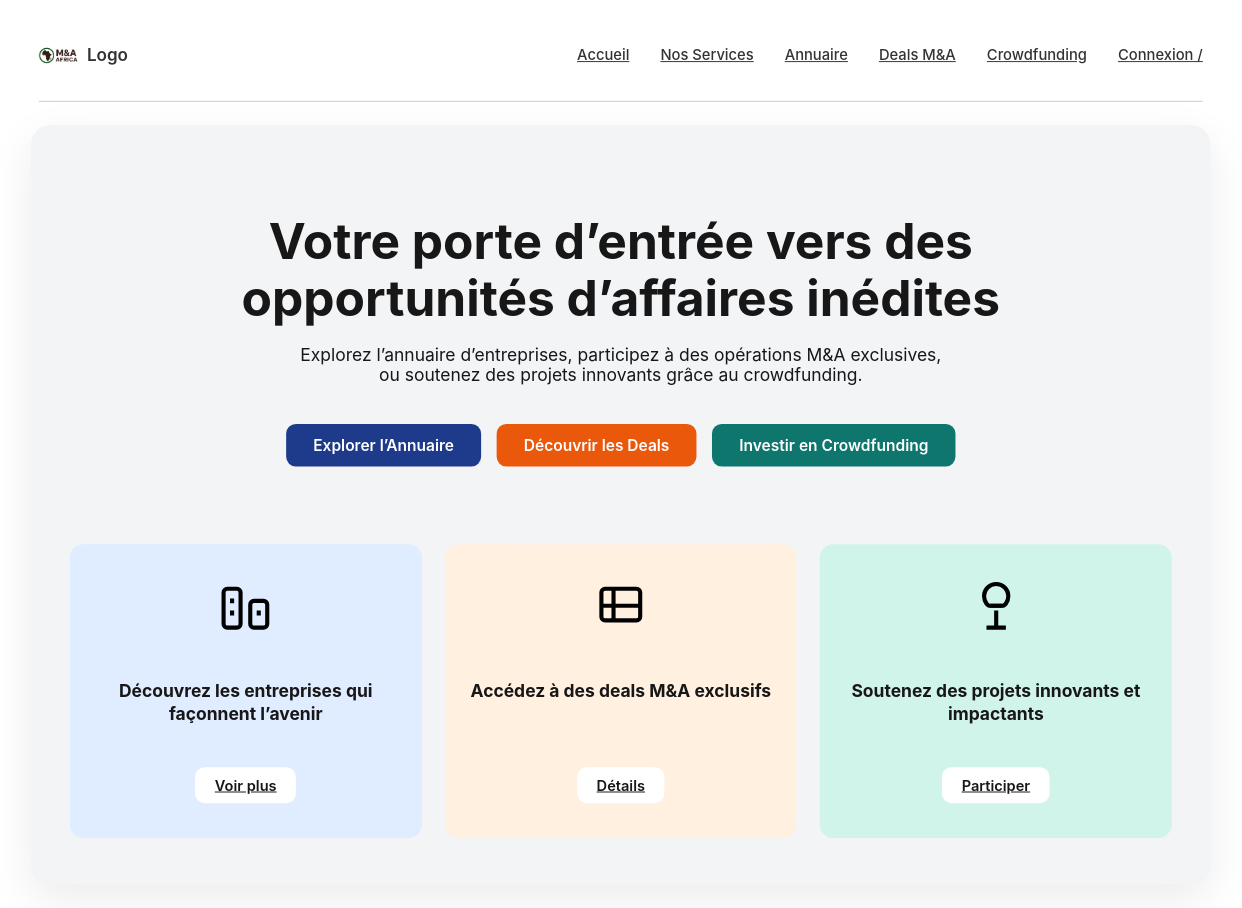
Repository: MFredy25/africa-fusion
Page: /hub
The author's editor kept a copy of each file at every save. The page is drawn from the files as they stood at one save, then again after the next save.
The browser window is 1280 px wide. The pictures show the whole page, at 97% of full size.
The project was rebuilt for these pictures with package versions that can differ from the ones it lists, and the page was loaded fresh each time. The framework's server and built-in components were replaced by stand-ins that run in the browser. Also part of the build but not shown: next.config.js, next.config.ts.

Above is the page before, as saved 2025-06-08 16:38:58.

After the next save:
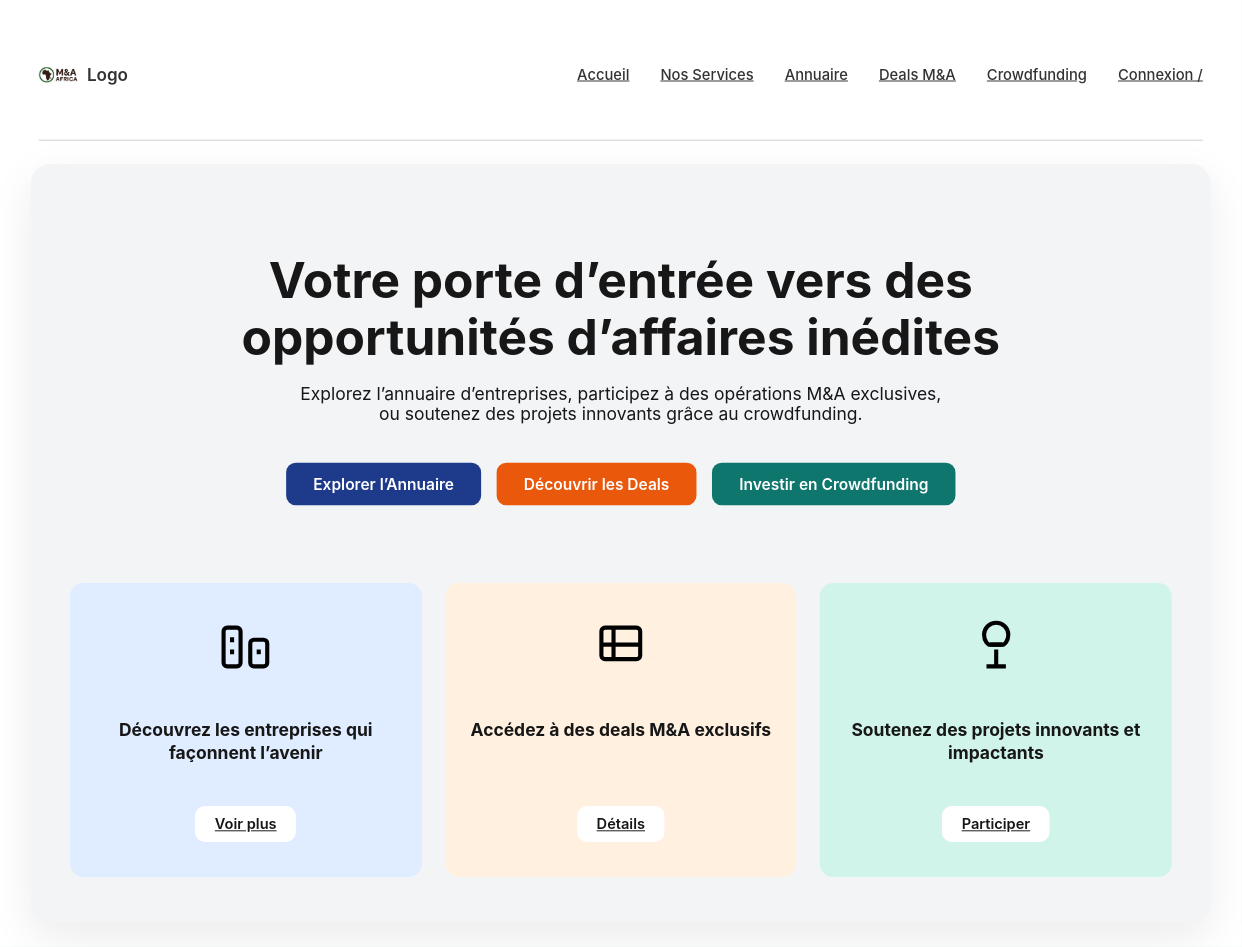
Saved 6 s later.
--- a/src/components/HubHeader.tsx
+++ b/src/components/HubHeader.tsx
@@ -37,7 +37,7 @@ export default function HubHeader() {
           src="/images/fusion_africa.png"
           alt="Logo"
           width={40}
-          height={40}
+          height={80}
           style={{ objectFit: 'contain' }}
         />
         <span>Logo</span>
